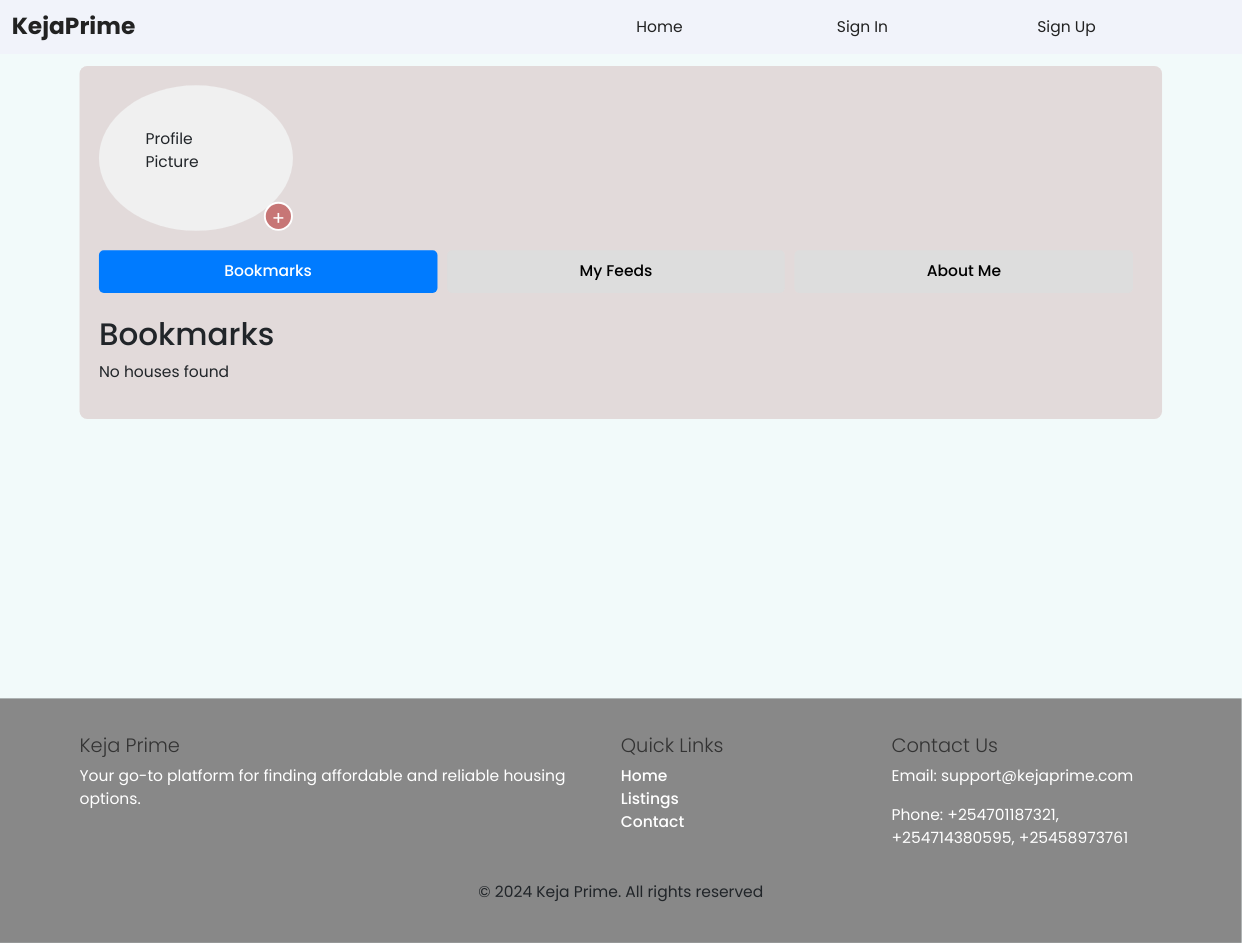
Repository: Pascal7601/kejaPrime
Page: /profile (app in frontend/)
The author's editor kept a copy of each file at every save. The page is drawn from the files as they stood at one save, then again after the next save.
The browser window is 1280 px wide. The pictures show the whole page, at 97% of full size.
The page's requests for data from a server got no answer. The project was rebuilt for these pictures with package versions that can differ from the ones it lists, and the page was loaded fresh each time. No one was signed in, and anything a server would have sent is missing. Also part of the build but not shown: frontend/vite.config.js, frontend/src/styles/HeroSection.css, frontend/src/components/HeroSection.jsx, frontend/src/pages/Home.jsx, frontend/src/components/Houses.jsx, frontend/src/pages/Listings.jsx, frontend/src/styles/PostHouse.css, frontend/src/pages/PostHouse.jsx and 10 more.

Above is the page before, as saved 2024-10-22 14:36:37.

After the next save:
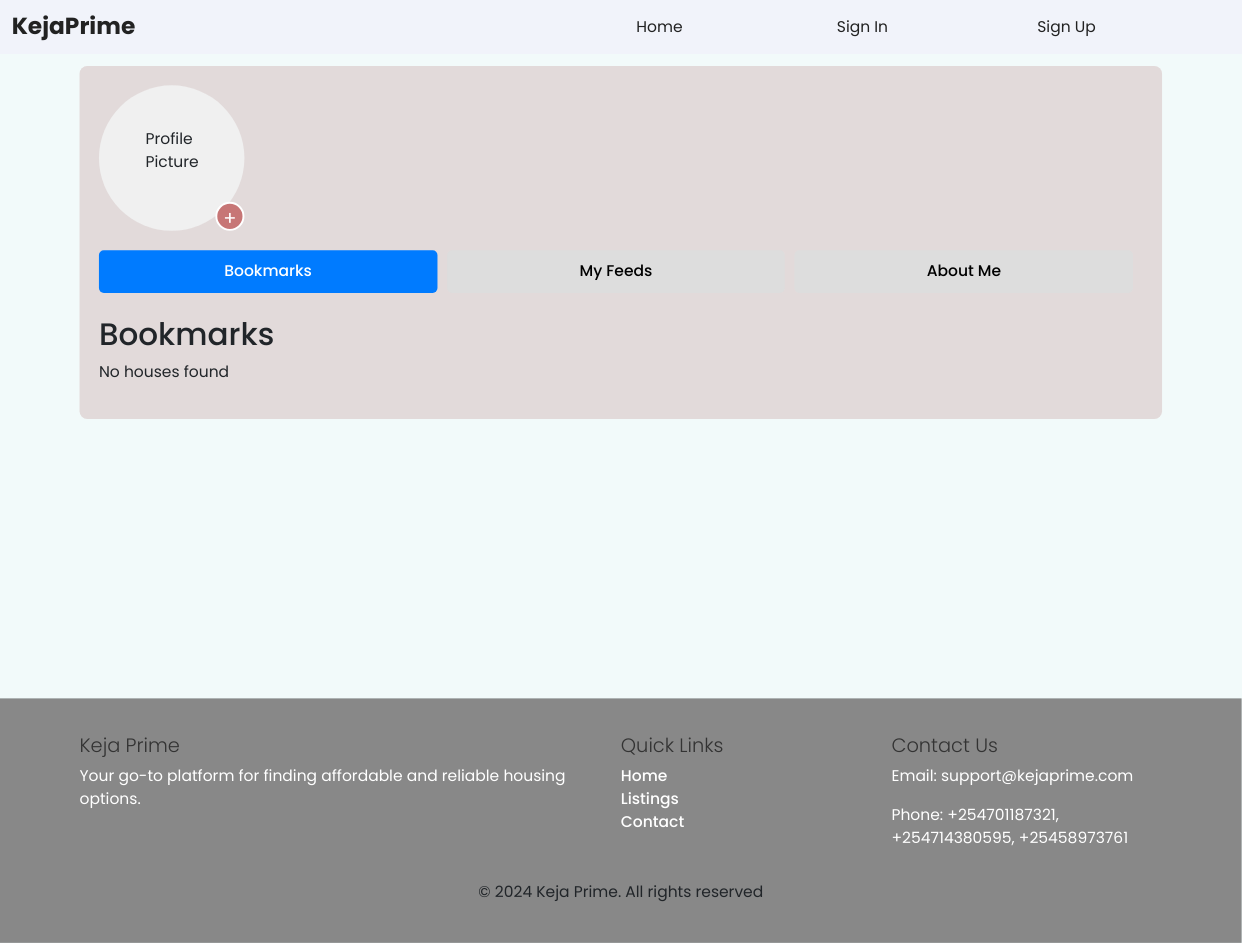
Saved 16 s later.
--- a/frontend/src/styles/Profile.css
+++ b/frontend/src/styles/Profile.css
@@ -58,7 +58,7 @@
 }
 .profile-picture-container {
   position: relative;
-  width: 200px; /* Adjust the size as needed */
+  width: 150px; /* Adjust the size as needed */
   height: 150px; /* Adjust the size as needed */
 }
 #file-upload {

After the 5 saves that followed:
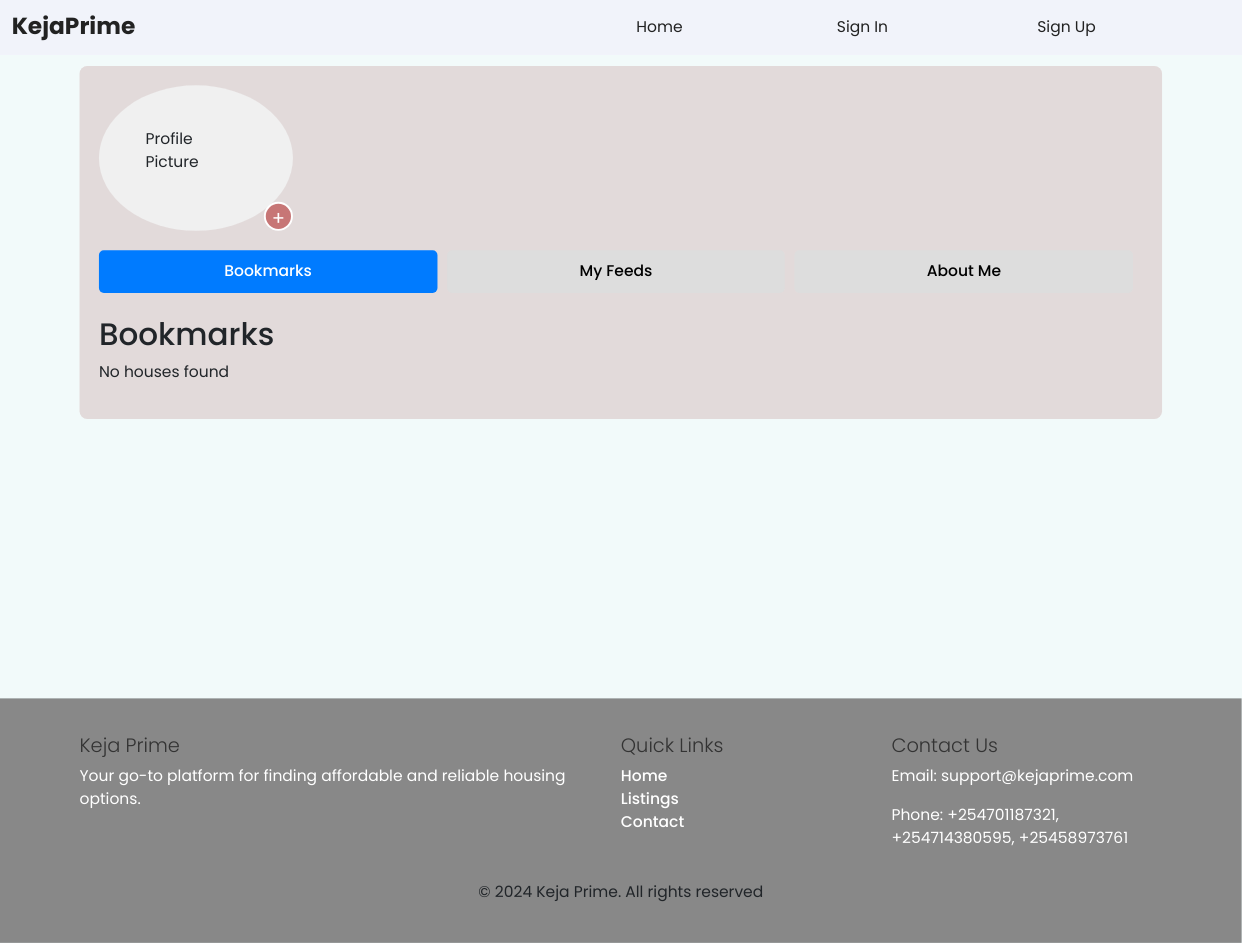
The 5 saves are shown as one change because 3 left the picture as it was and some came seconds apart.
The last was saved 5 min 1 s later.
--- a/frontend/src/styles/Profile.css
+++ b/frontend/src/styles/Profile.css
@@ -58,11 +58,14 @@
 }
 .profile-picture-container {
   position: relative;
-  width: 150px; /* Adjust the size as needed */
+  width: 200px; /* Adjust the size as needed */
   height: 150px; /* Adjust the size as needed */
 }
 #file-upload {
   display: none; /* Hide the actual file input */
+}
+.profile-picture-container button {
+  width: 100%; /* Make the button fill the container width */
 }
 .profile-picture {
   width: 100%;
